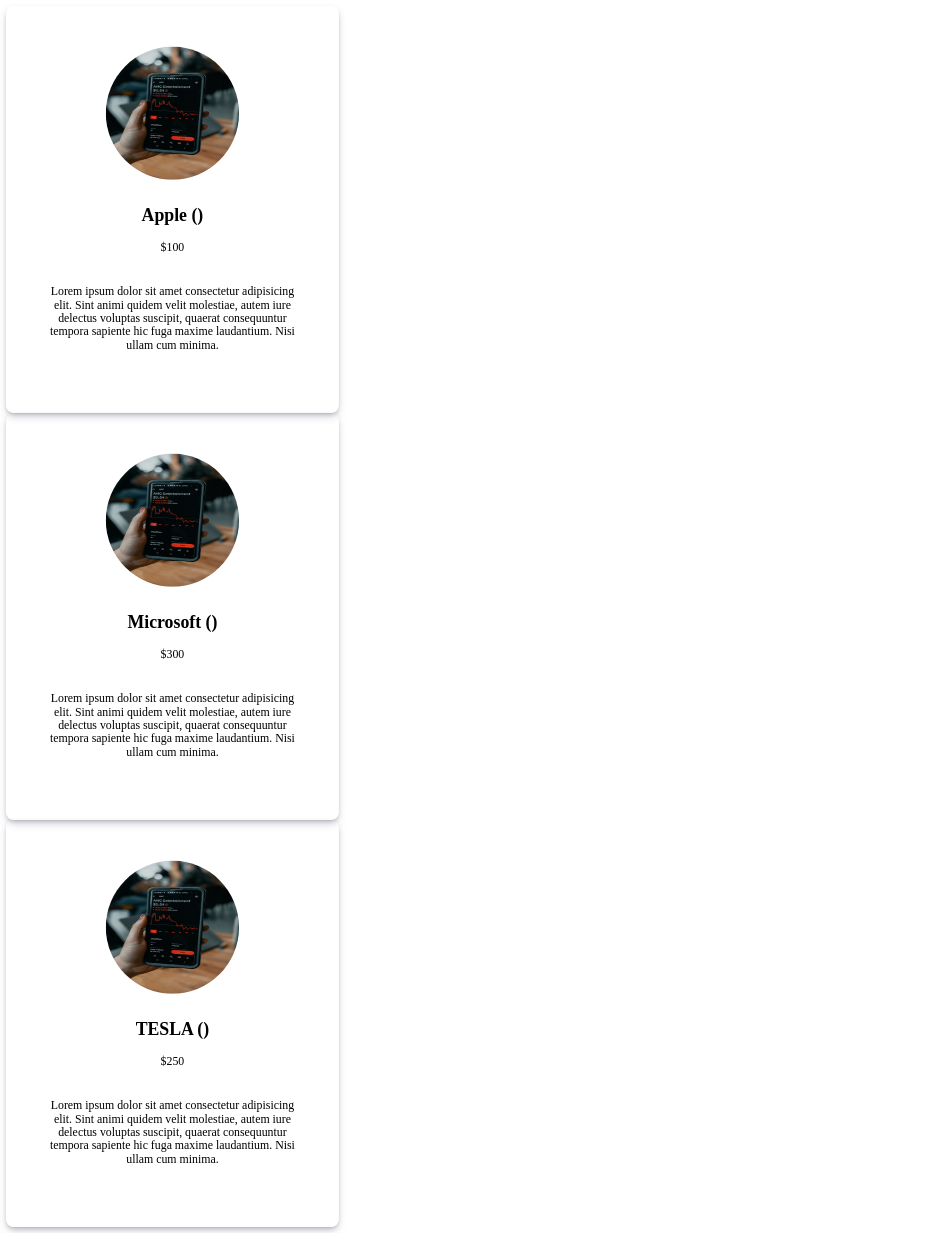
Repository: sinarinzifabrice/TradeTiger
Page: / (app in frontend/)
An editor plug-in stored every save of this project. The page is shown before and after the next save, followed by the edit.
The browser window is 1280 px wide. The pictures show the whole page, at 74% of full size.
The project was rebuilt for these pictures with package versions that can differ from the ones it lists, and the page was loaded fresh each time. Also part of the build but not shown: frontend/src/index.css.

Above is the page before, as saved 2024-04-02 14:40:07.

After the next save:
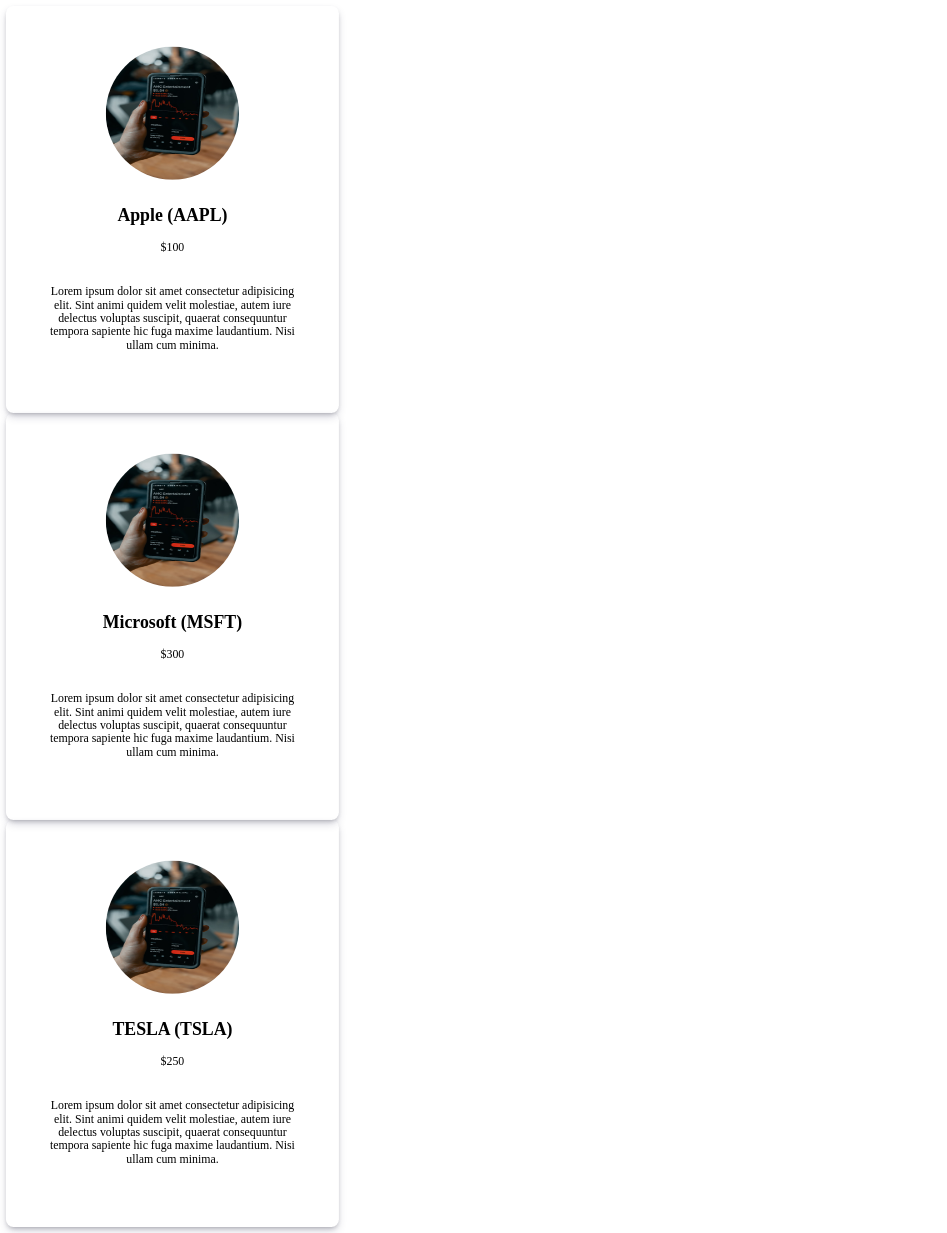
Saved 5 s later.
--- a/frontend/src/Components/Card/Card.tsx
+++ b/frontend/src/Components/Card/Card.tsx
@@ -13,7 +13,7 @@
             alt="image"
       />
       <div className="details">
-        <h2>{compagnyName} ({})</h2>
+        <h2>{compagnyName} ({ticker})</h2>
         <p>${price}</p>
       </div>
       <p className="info">
